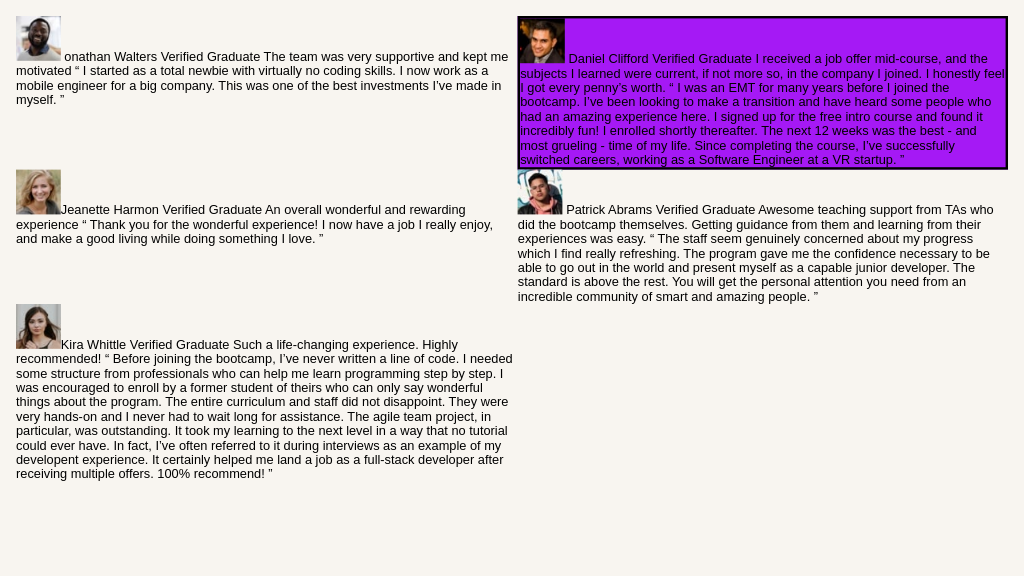
Repository: MagedElRefaey/Grid-Project
Page: Task.html
The author's editor kept a copy of each file at every save. The page is drawn from the files as they stood at one save, then again after the next save.
The browser window is 1280 px wide. The pictures show the whole page, at 80% of full size.

Above is the page before, as saved 2024-09-13 21:47:48.

After the next save:
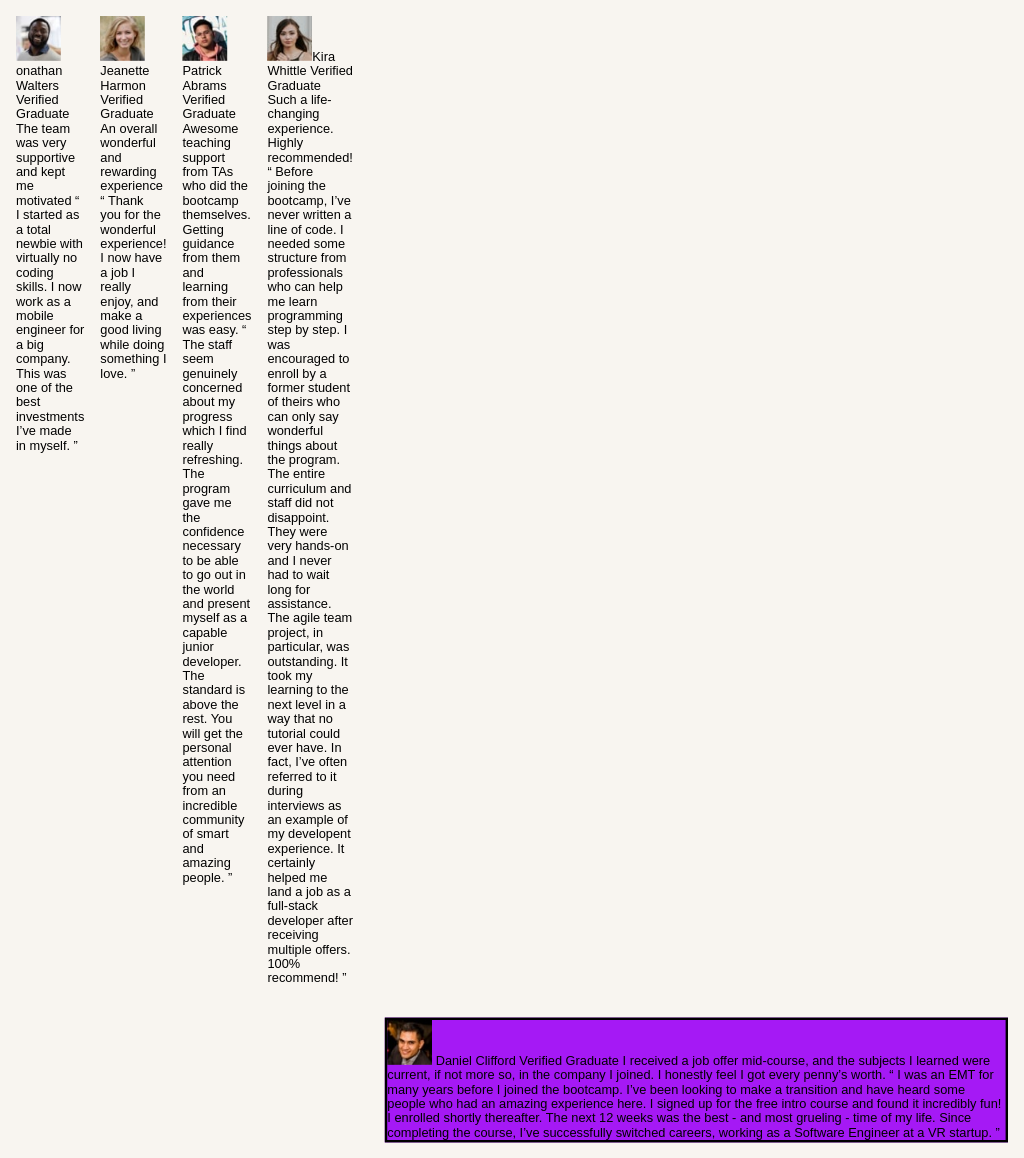
Saved 34 s later.
--- a/Style.css
+++ b/Style.css
@@ -10,7 +10,9 @@
 }
 .Container{
     display: grid;
-    grid-template-areas: ".David" ".Jonathan" ".Jeantette"
+    grid-template-columns: repeat(4, 1fr);
+    grid-template-rows: auto;
+    gap: 20px;
 
 }
 .David{

After the save that followed:
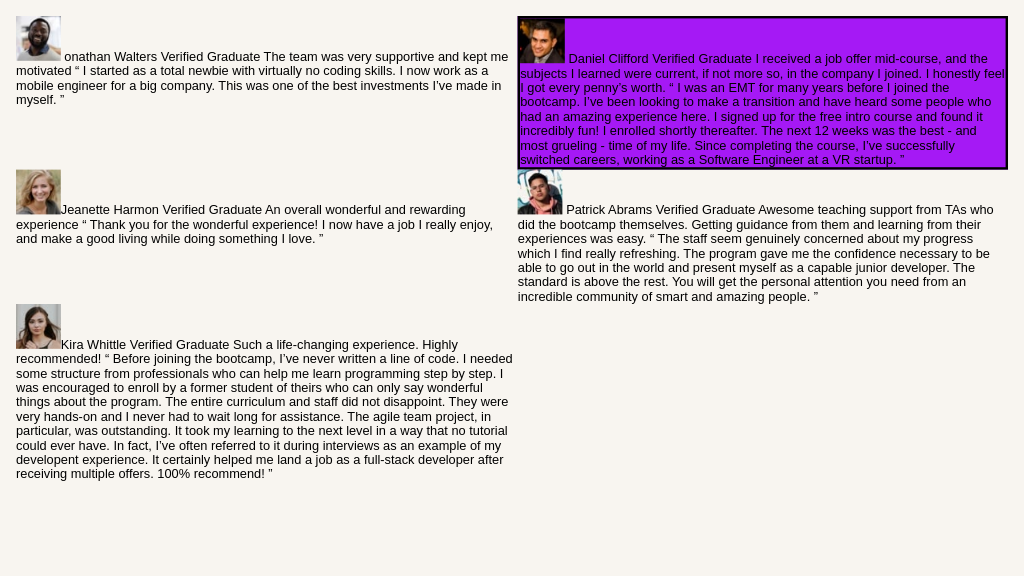
Saved 7 s later.
--- a/Style.css
+++ b/Style.css
@@ -10,9 +10,7 @@
 }
 .Container{
     display: grid;
-    grid-template-columns: repeat(4, 1fr);
-    grid-template-rows: auto;
-    gap: 20px;
+    grid-template-areas: ".David" ".Jonathan" ".Jeantette"
 
 }
 .David{
